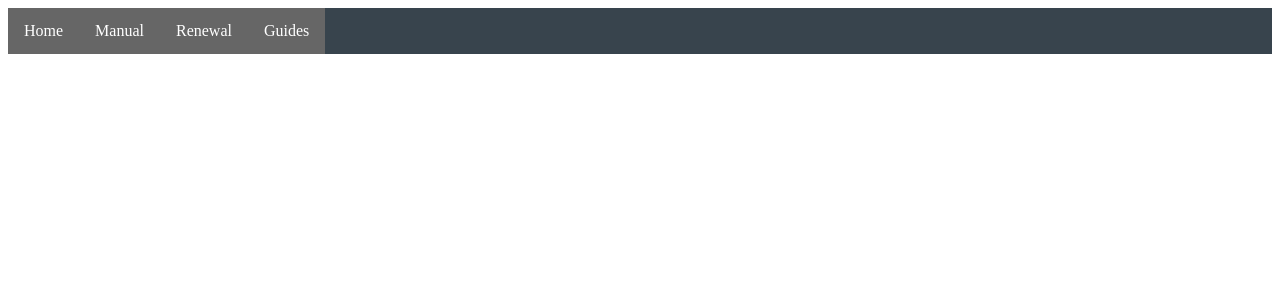
Repository: muesinga/ticketoffice-dot-info
Page: guides/renewal.html
These files come from the project's save history. The page is drawn as it stood at one moment and after the next save; the edit follows.
The browser window is 1280 px wide. The pictures show the whole page.

Above is the page before, as saved 2022-06-10 09:52:23.
Console error: TypeError: Cannot read properties of null (reading 'getElementsByClassName')

### guides/renewal.html
<!DOCTYPE html>
<html>
<head>
    <link rel="stylesheet" href="/style/style.css">
    <link rel="import" href="/components/nav.html">
    <script src="/src/nav.js" defer></script>
    <script src="/src/index.js" defer></script>
</head>
<body>
    <script id="replace_with_navbar"></script>
    <script id="replace_with_renewal"></script>
</body>
</html>

### style/style.css
#navlink-container {
  list-style-type: none;
  margin: 0;
  padding: 0;
  overflow: hidden;
  background-color: #38444d;
}
.navlink {
  border: none;
  outline: none;
  padding: 14px 16px;
  background-color: #666;
  text-decoration: none;
  display: block;
  color: white;
  float: left;
}
a:active {
  background-color: yellow;
}

.active, .navlink:hover, .dropdown:hover {
  background-color: #888;
  color: white;
}

.dropbtn {
  display: inline-block;
  color: white;
  text-align: center;
  padding: 14px 16px;
  text-decoration: none;
  background-color: #666;
}

li.dropdown {
  display: inline-block;
}

.dropdown-content {
  display: none;
  position: absolute;
  background-color: #f9f9f9;
  min-width: 160px;
  box-shadow: 0px 8px 16px 0px rgba(0,0,0,0.2);
  z-index: 1;
}

.dropdown-content a {
  color: black;
  padding: 12px 16px;
  text-decoration: none;
  display: block;
  text-align: left;
}

.dropdown-content a:hover {background-color: #f1f1f1;}

.dropdown:hover .dropdown-content {
  display: block;
}

### src/nav.js
fetch('/components/nav.html')
.then(res => res.text())
.then(text => {
    let oldelem = document.querySelector("script#replace_with_navbar");
    let newelem = document.createElement("div");
    newelem.innerHTML = text;
    oldelem.parentNode.replaceChild(newelem,oldelem);
})

fetch('/guides/renewal.html')
.then(res => res.text())
.then(text => {
    let oldelem = document.querySelector("script#replace_with_renewal");
    let newelem = document.createElement("div");
    newelem.innerHTML = text;
    oldelem.part
})

### src/index.js
var navlinkContainer = document.getElementById("navlink-container")
var navlinks = navlinkContainer.getElementsByClassName("navlink")


for (var i = 0; i < navlinks.length; i++) {
    navlinks[i].addEventListener("click", function() {
        var current = document.getElementsByClassName("active");
        current[0].className = current[0].className,replace("active", "");
        this.className += "active";
    });
}

### components/nav.html
<nav>
    <ul id="navlink-container">
        <li><a class="navlink" href="../index.html">Home</a></li>
        <li><a class="navlink" href="../guides/manual.html">Manual</a></li>
        <li><a class="navlink" href="../guides/renewal.html">Renewal</a></li>
        <li class="dropdown">
        <a href="javascript:void(0)" class="dropbtn">Guides</a>
        <div class="dropdown-content">
            <a href="../guides/manual.html">Manual</a>
            <a href="../guides/renewal.html">Renewal</a>
        </div>
        </li>
    </ul>
</nav>

After the next save:
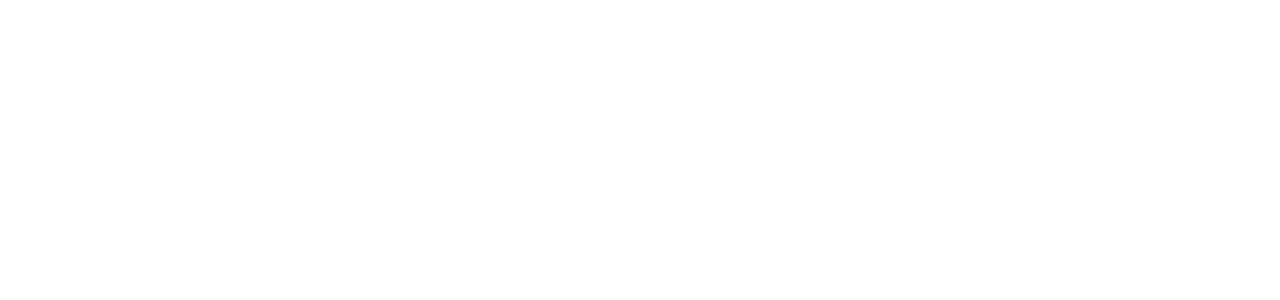
Console error: SyntaxError: Unexpected token '}'
Saved 4 s later.
--- a/src/nav.js
+++ b/src/nav.js
@@ -13,5 +13,5 @@
     let oldelem = document.querySelector("script#replace_with_renewal");
     let newelem = document.createElement("div");
     newelem.innerHTML = text;
-    oldelem.part
+    oldelem.parentNode.
 })

After the 4 saves that followed:
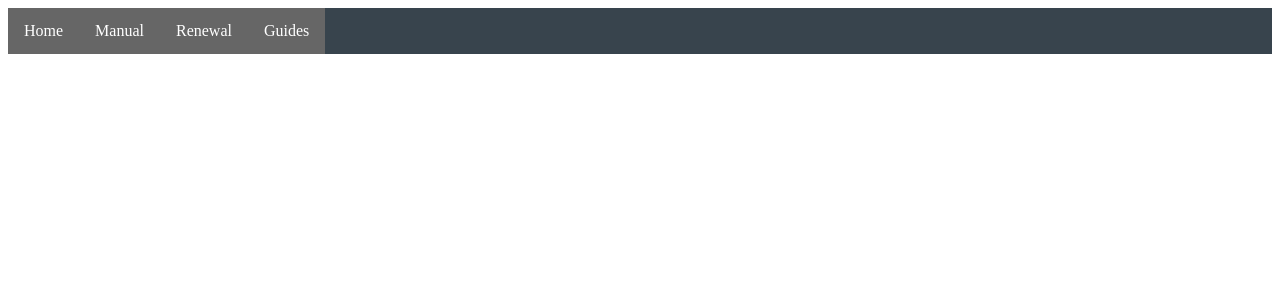
Console error: TypeError: Cannot read properties of null (reading 'getElementsByClassName')
The 4 saves are shown as one change because 1 left the picture as it was and some came seconds apart.
The last was saved 16 s later.
--- a/src/nav.js
+++ b/src/nav.js
@@ -13,5 +13,5 @@
     let oldelem = document.querySelector("script#replace_with_renewal");
     let newelem = document.createElement("div");
     newelem.innerHTML = text;
-    oldelem.parentNode.
+    oldelem.parentNode.replaceChild(newelem, oldelem)
 })
